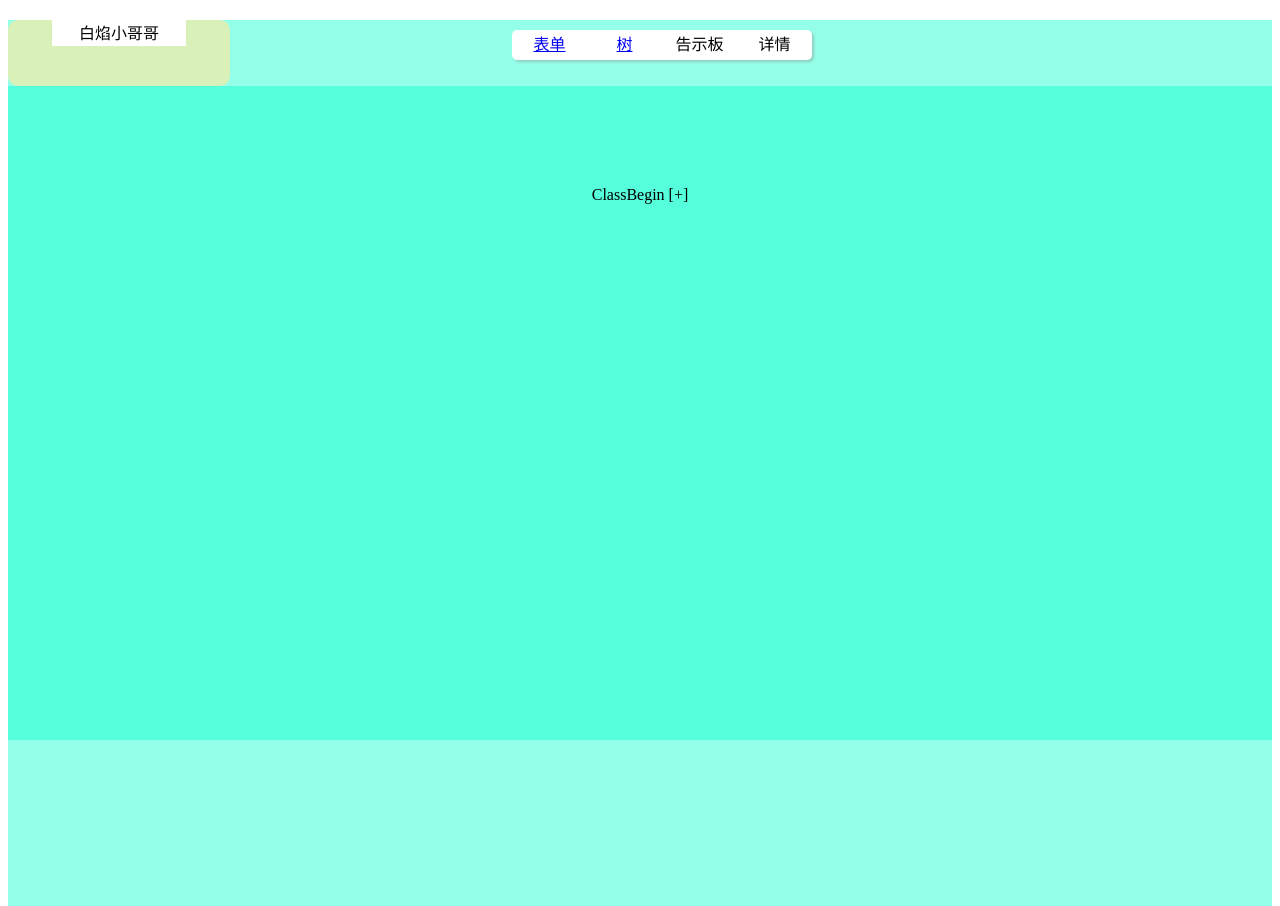
Repository: lxl0302/ClassBegin_-sound_code
Page: /#/tree
The author's editor kept a copy of each file at every save. The page is drawn from the files as they stood at one save, then again after the next save.
The browser window is 1280 px wide. The pictures show the whole page.
The project was rebuilt for these pictures with package versions that can differ from the ones it lists, and the page was loaded fresh each time. Also part of the build but not shown: src/form/Form.vue, src/form/FromItem.vue, src/form/Input.vue, src/notice/KNotice.vue, src/form/index.vue, src/views/homepage.vue.

Above is the page before, as saved 2020-07-10 17:04:04.

After the next save:
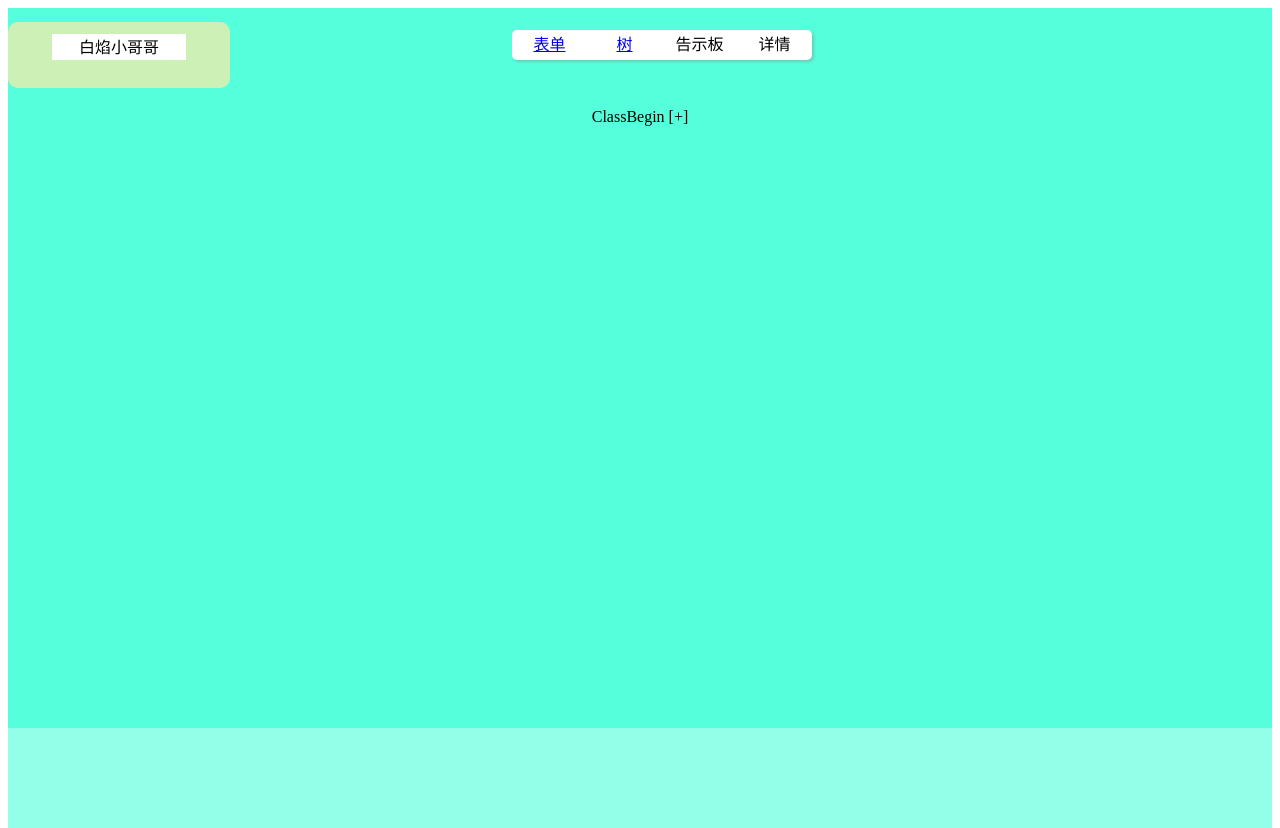
Saved 11 s later.
--- a/src/views/storeView.vue
+++ b/src/views/storeView.vue
@@ -20,7 +20,8 @@ export default {
 </script>
 <style scoped>
 .storezong {
-  margin-top: 20px;
+  position: absolute;
+  top: 22px;
   height: 66px;
   width: 222px;
   background-color: rgba(235, 236, 173, 0.795);
